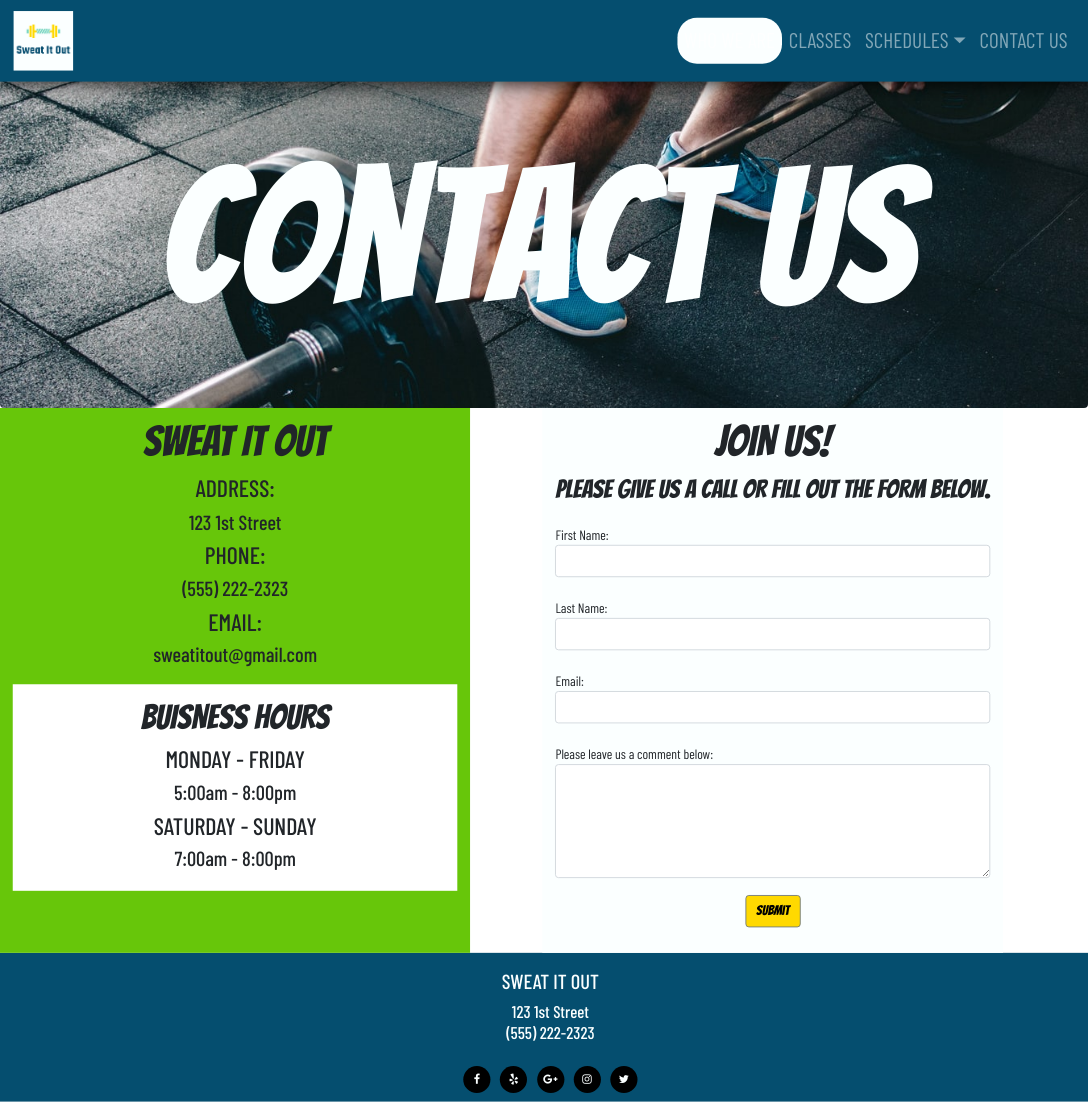
Repository: amybru/sweatitout
Page: contact.html
The author's editor kept a record of every edit. The page is drawn from the files as they stood at one moment, then again after the next edit.
The browser window is 1280 px wide. The pictures show the whole page, at 85% of full size.
The pointer rests on the first visible `.navbar-nav li a`.
Some web fonts or font styles are not loaded; a fallback is used. Some web libraries are served in a nearby version.

Above is the page before.

After the next edit:
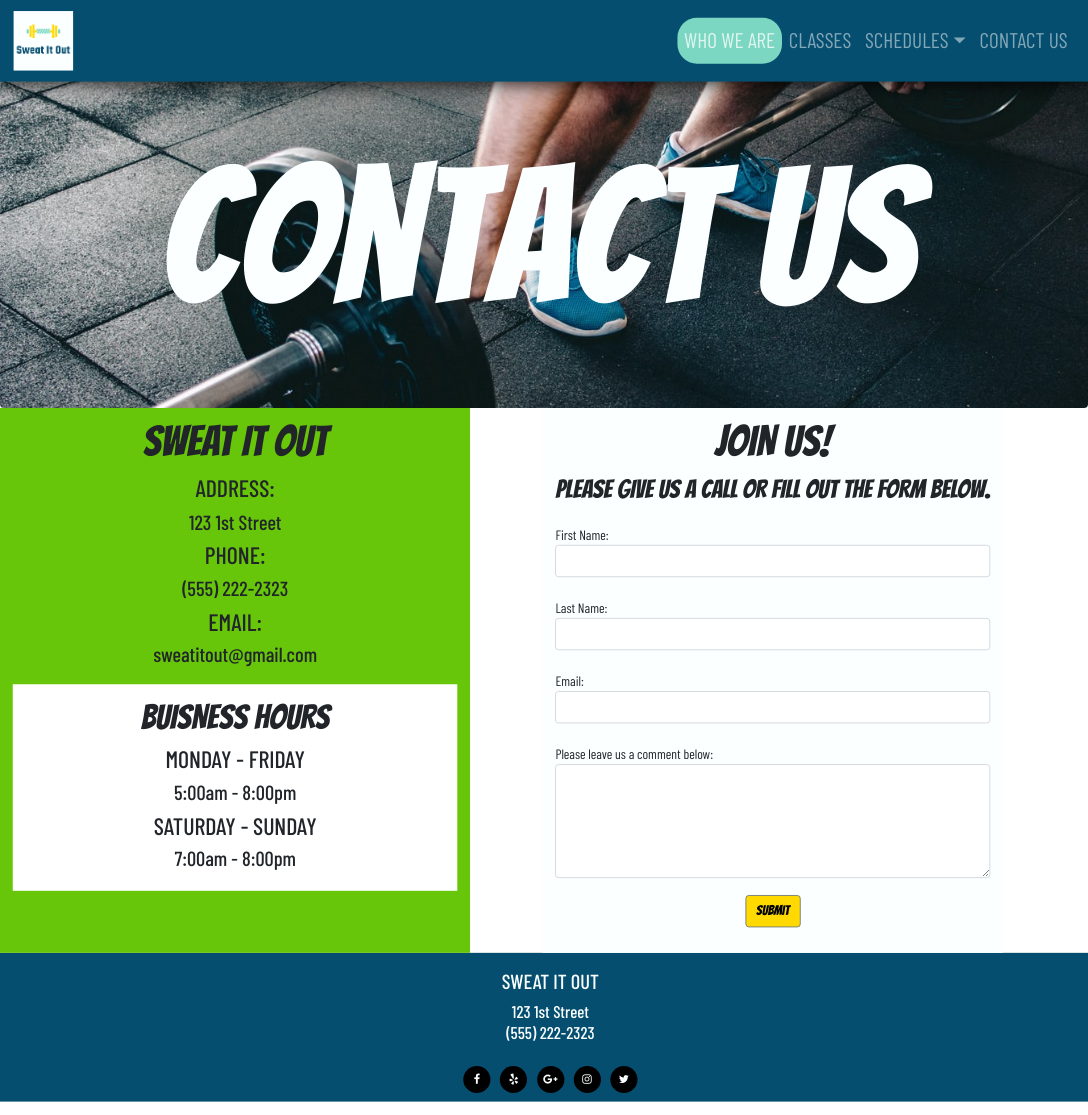
The edit:
--- a/css/style.css
+++ b/css/style.css
@@ -133,7 +133,7 @@
 
 .navbar-nav li a:hover {
     color: #054e6f;
-    background-color: #fbffff;
+    background-color: #7bd7c2;
     border-radius: 23px;
 }
 
